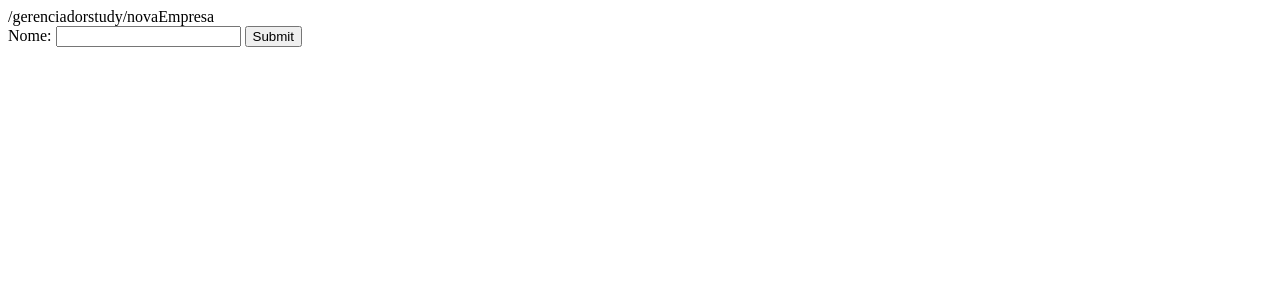
Repository: EmersonRGomes/study
Page: http://localhost/gerenciadorstudy/FormNovaEmpresa.jsp
These files come from the project's save history. The page is drawn as it stood at one moment and after the next save; the edit follows.
The browser window is 1280 px wide. The pictures show the whole page.
The page is served by Tomcat 9.

Above is the page before, as saved 2022-07-25 00:19:22.

After the next save:
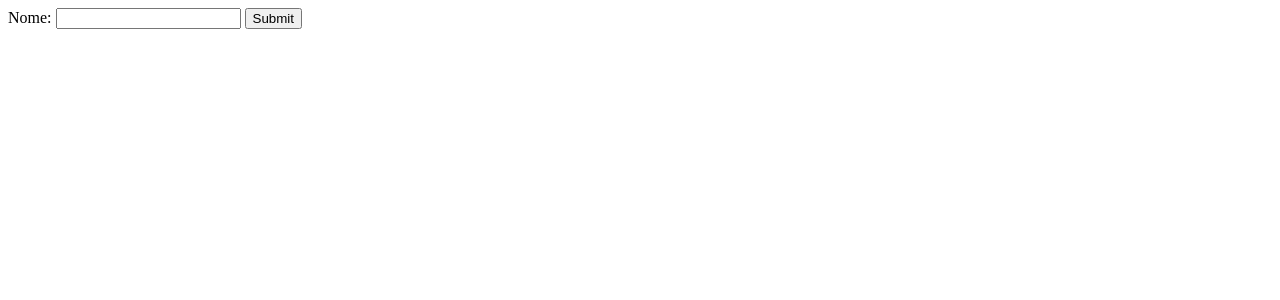
Saved 26 s later.
--- a/gerenciadorstudy/webContent/FormNovaEmpresa.jsp
+++ b/gerenciadorstudy/webContent/FormNovaEmpresa.jsp
@@ -7,8 +7,8 @@
 </head>
 <body>
 
-<c:url value="/novaEmpresa"/>
-	  <form action ="/gerenciadorstudy/novaEmpresa" method="post">
+
+	  <form action ="<c:url value="/novaEmpresa"/>" method="post">
 
 		Nome: <input type="text" name="nome">
 			  <input type="submit">
